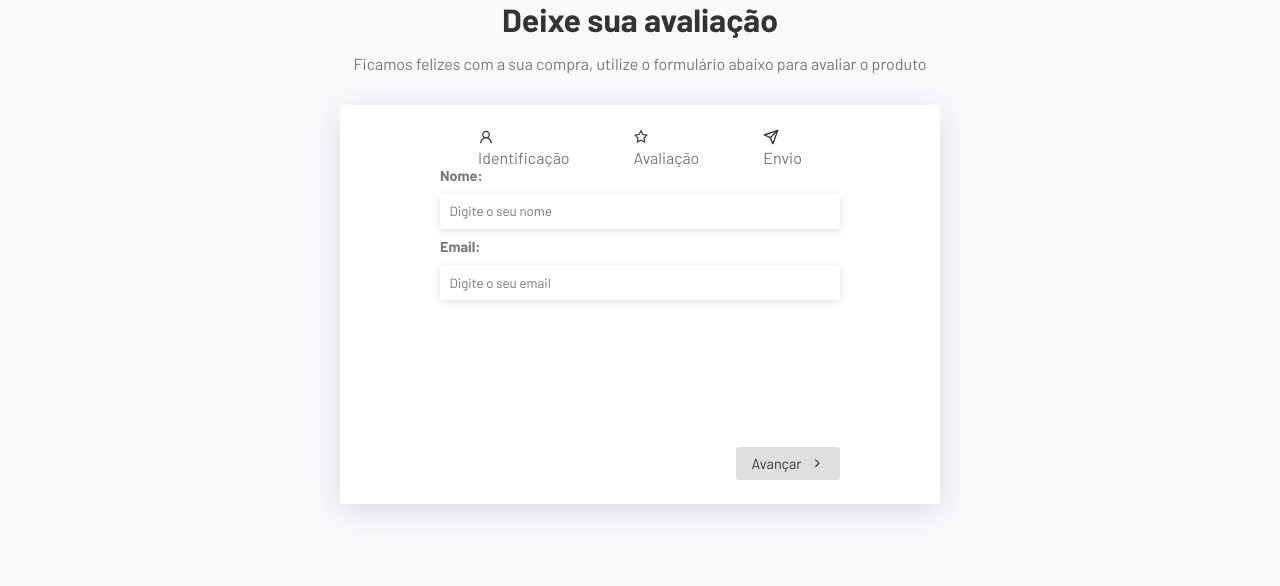
Repository: Bitroia/multistep_form_react
Page: / (app in multistep_form_react/)
An editor plug-in stored every save of this project. The page is shown before and after a run of saves, followed by the edit.
The browser window is 1280 px wide. The pictures show the whole page.
The project was rebuilt for these pictures with package versions that can differ from the ones it lists, and the page was loaded fresh each time. Also part of the build but not shown: multistep_form_react/vite.config.js, multistep_form_react/src/components/ReviewForm.jsx, multistep_form_react/src/components/Thanks.jsx.

Above is the page before, as saved 2026-06-12 14:28:43.

After the next 8 saves:
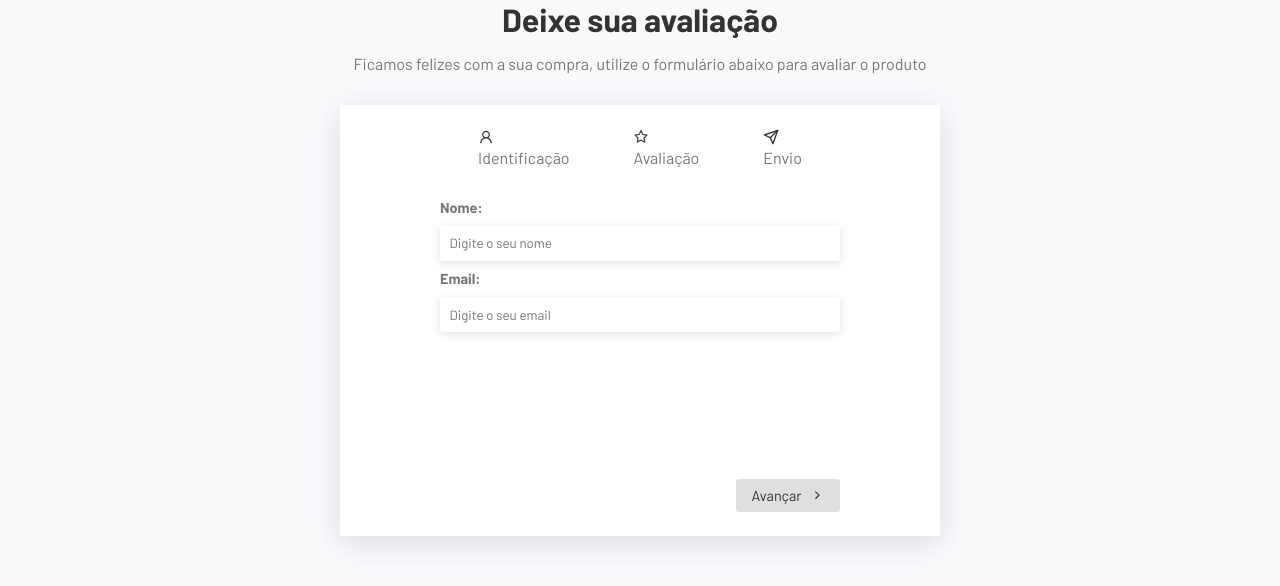
The 8 saves are shown as one change because they came seconds apart.
The last was saved 21 s later.
--- a/multistep_form_react/src/components/Steps.css
+++ b/multistep_form_react/src/components/Steps.css
@@ -5,4 +5,6 @@
     align-items: center;
     max-width: 400px;
     margin: 0 auto;
+    position: relative;
+    margin-bottom: 2rem;
 }
